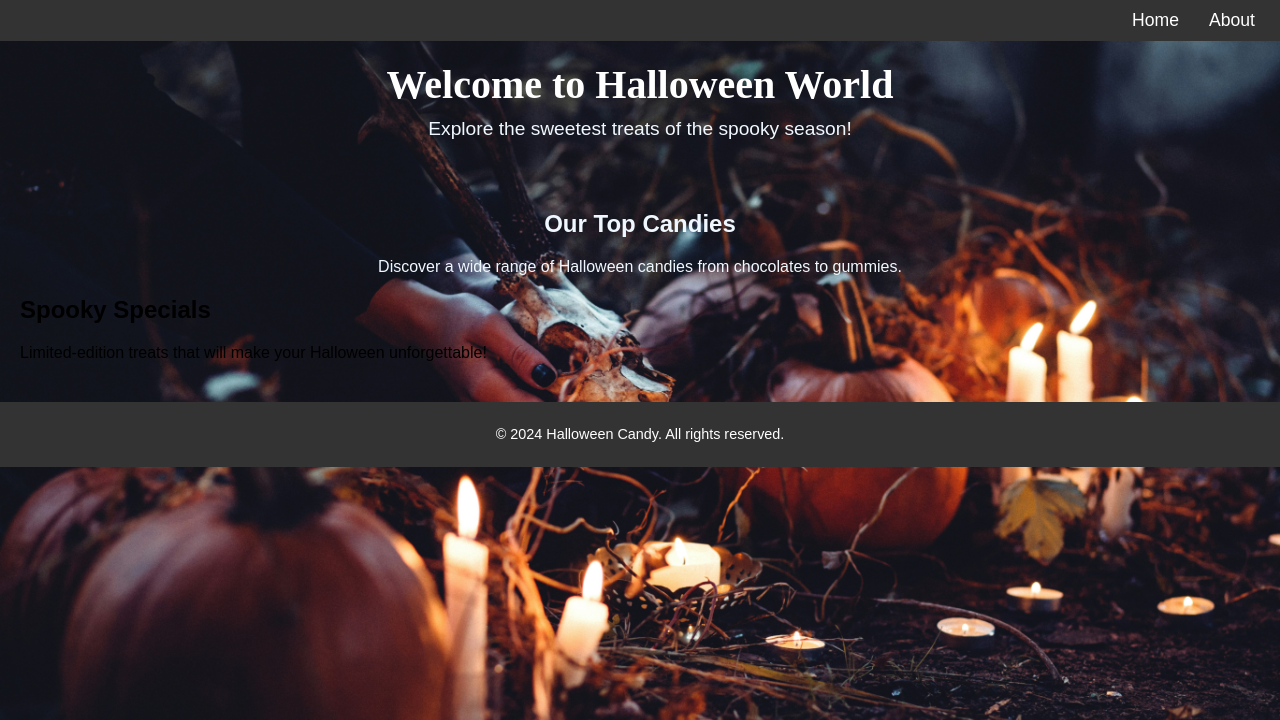
Repository: monicaifijeh/test2
Page: kyportfolio/src/indexHallo.html
An editor plug-in stored every save of this project. The page is shown before and after the next save, followed by the edit.
The browser window is 1280 px wide. The pictures show the whole page.

Above is the page before, as saved 2024-12-20 17:38:31.

After the next save:
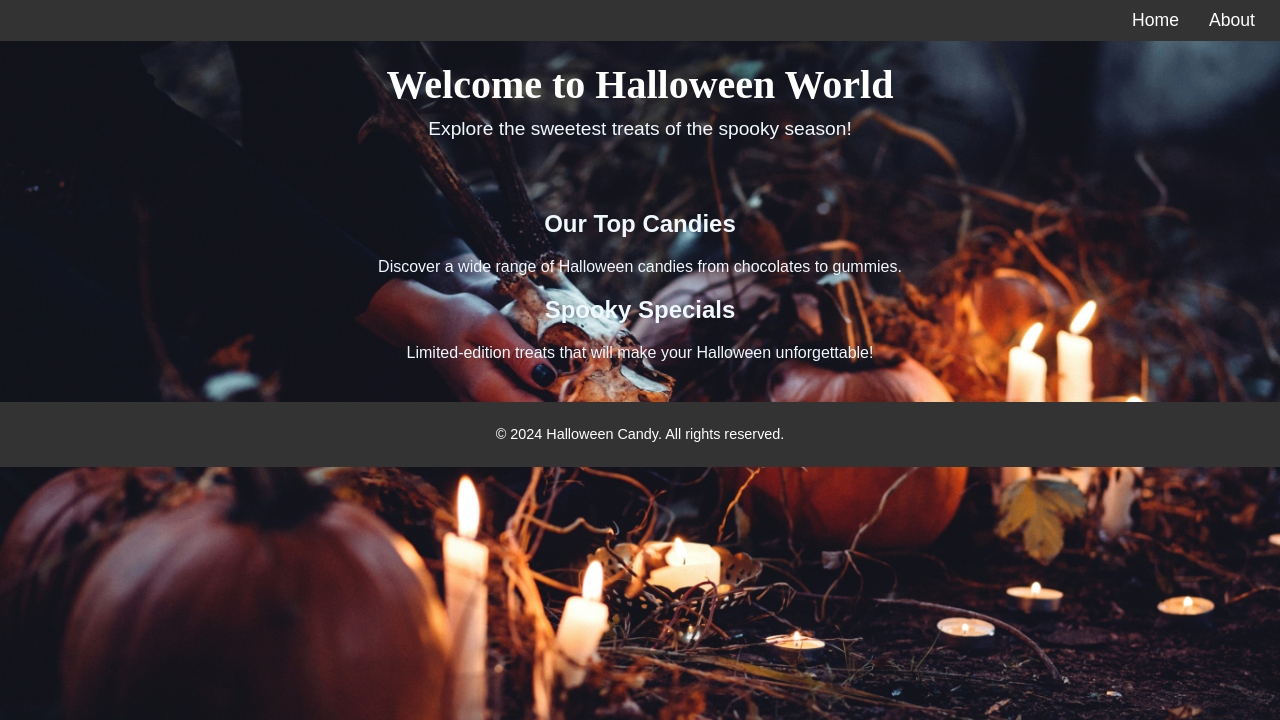
Saved 22 s later.
--- a/kyportfolio/src/indexHallo.html
+++ b/kyportfolio/src/indexHallo.html
@@ -24,7 +24,7 @@
           Discover a wide range of Halloween candies from chocolates to gummies.
         </p>
       </section>
-      <section>
+      <section class="intro">
         <h2>Spooky Specials</h2>
         <p>
           Limited-edition treats that will make your Halloween unforgettable!
